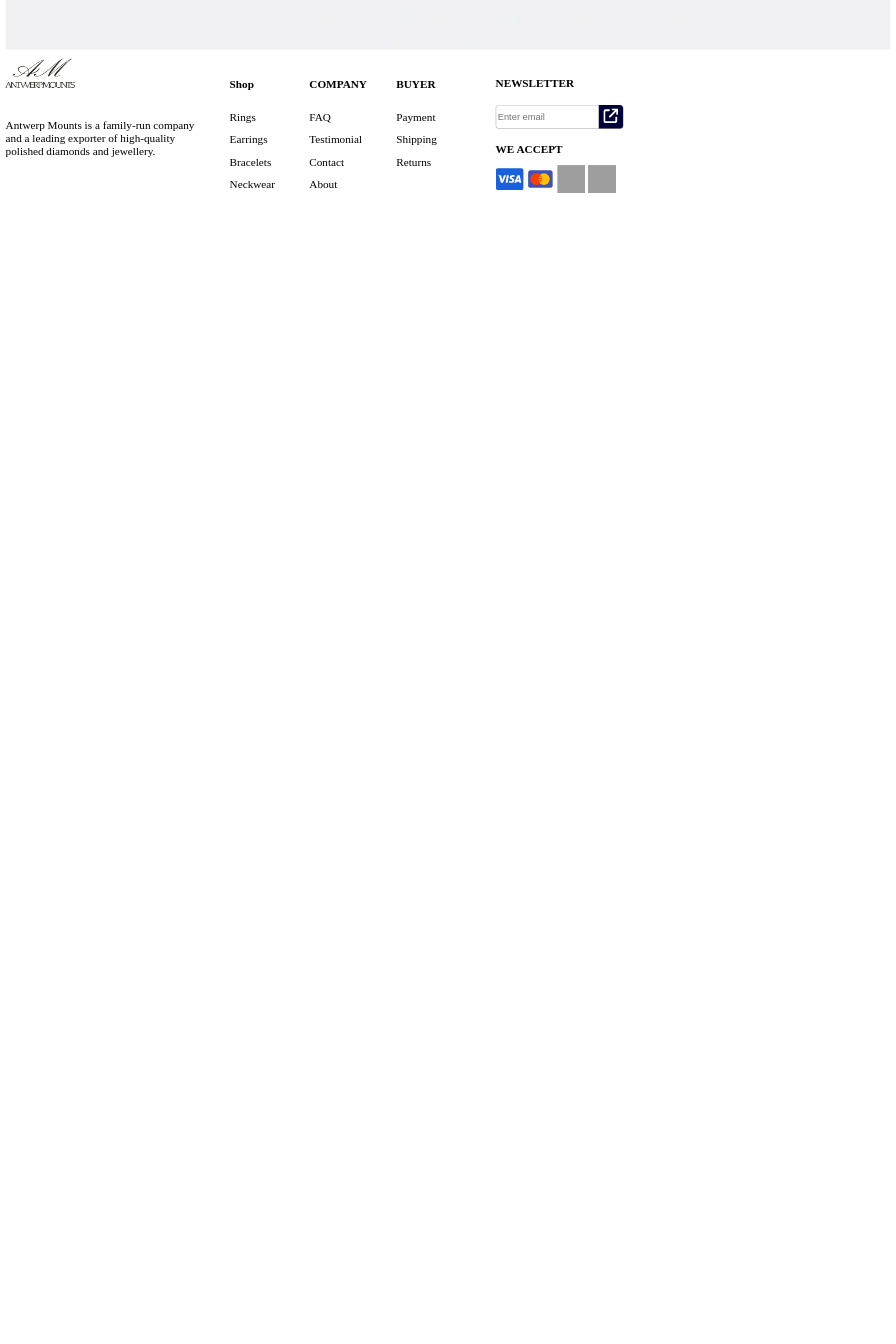
Repository: kea-0424/Web-Development-Project-1
Page: First_collaboration/JewelarySite.html
These files come from the project's save history. The page is drawn as it stood at one moment and after a run of saves; the edit follows.
The browser window is 1280 px wide. The pictures show the part of the page from y = 817 to 2737 px (the page is 3219 px tall before and 1193 px after), at 70% of full size.
Pictures or frames that could not be fetched are drawn as grey boxes.

Above is the page before, as saved 2025-01-23 12:26:11.

After the next 3 saves:
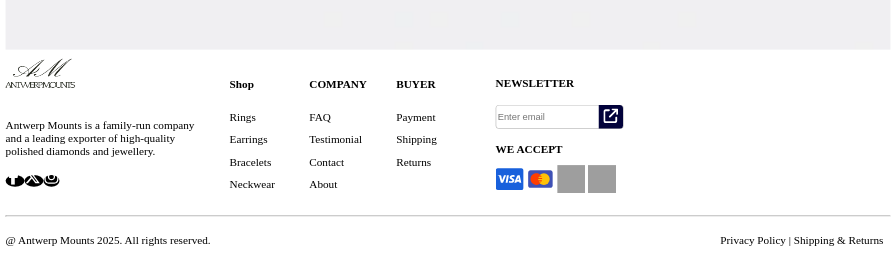
The 3 saves are shown as one change because they came seconds apart.
The last was saved 14 s later.
--- a/First_collaboration/JewelarySite.css
+++ b/First_collaboration/JewelarySite.css
@@ -119,7 +119,8 @@ main,.No_Content {
     display: inline-block;
 }
 #facebook_link{
-
+    height: 23px;
+    width: 23px;
 }
 #instagram_link {
     height: 23px;
